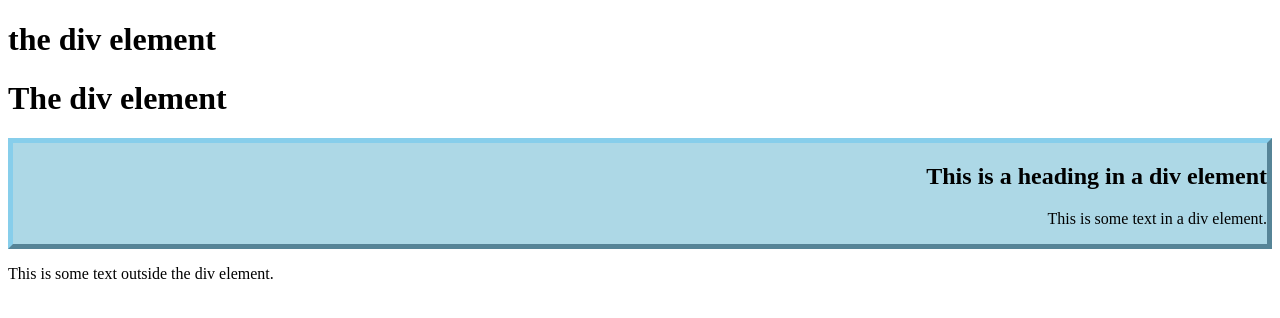
Repository: Fariaddd/codefactor-stylesheet
Page: index.html
These files come from the project's save history. The page is drawn as it stood at one moment and after the next save; the edit follows.
The browser window is 1280 px wide. The pictures show the whole page.

Above is the page before, as saved 2021-11-17 19:40:35.

After the next save:
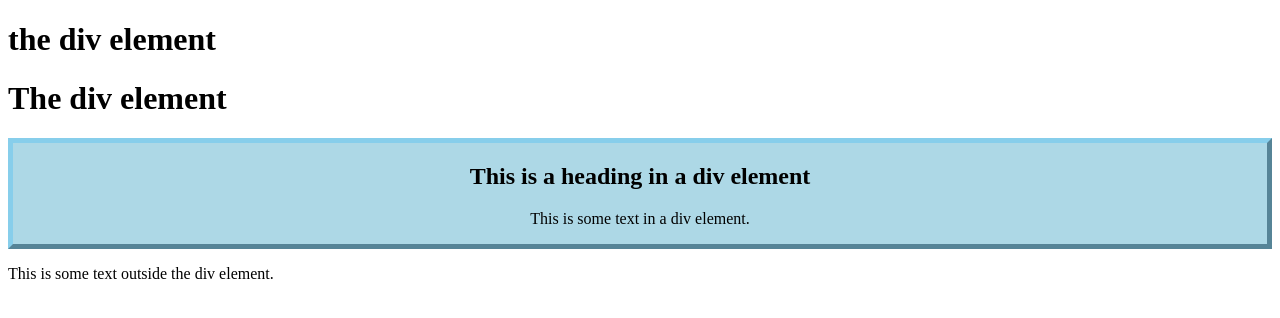
Saved 4 s later.
--- a/styles/styles.css
+++ b/styles/styles.css
@@ -1,5 +1,5 @@
 .myDiv {
   border: 5px outset skyblue;
   background-color: lightblue;
-  text-align: right;
+  text-align: center;
 }
